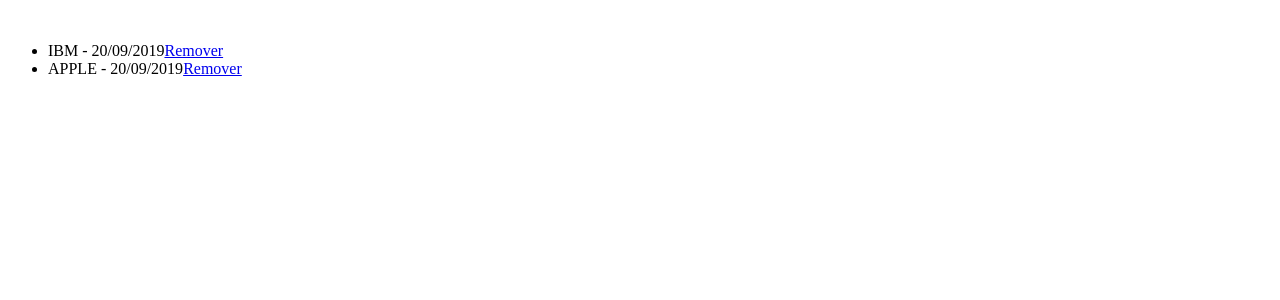
Repository: KaiqueSantos98/alurapic
Page: http://localhost/gerenciador/listaEmpresas
These files come from the project's save history. The page is drawn as it stood at one moment and after the next save; the edit follows.
The browser window is 1280 px wide. The pictures show the whole page.
The page is served by Tomcat 9.

Above is the page before, as saved 2019-09-22 02:20:15.

After the next save:
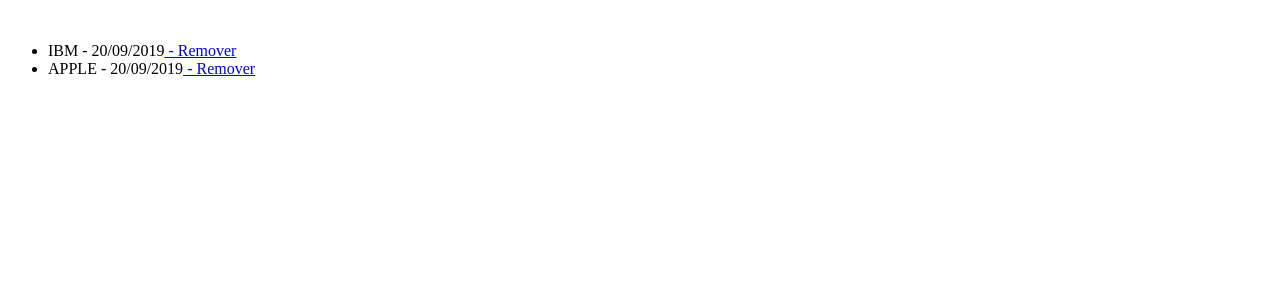
Saved 15 s later.
--- a/project/servlet/gerenciador/WebContent/listaEmpresa.jsp
+++ b/project/servlet/gerenciador/WebContent/listaEmpresa.jsp
@@ -16,7 +16,7 @@
     <br>
    <ul>
 		<c:forEach items="${listaEmpresa}" var="empresa">
-			<li>${empresa.nomeEmpresa } - <fmt:formatDate pattern="dd/MM/yyyy" value="${empresa.dataAbertura }"/><a href="/gerenciador/removerEmpresa?id=${empresa.id}}">Remover</a></li>
+			<li>${empresa.nomeEmpresa } - <fmt:formatDate pattern="dd/MM/yyyy" value="${empresa.dataAbertura }"/><a href="/gerenciador/removerEmpresa?id=${empresa.id}}"> - Remover</a></li>
 
 		</c:forEach>
 	</ul>
